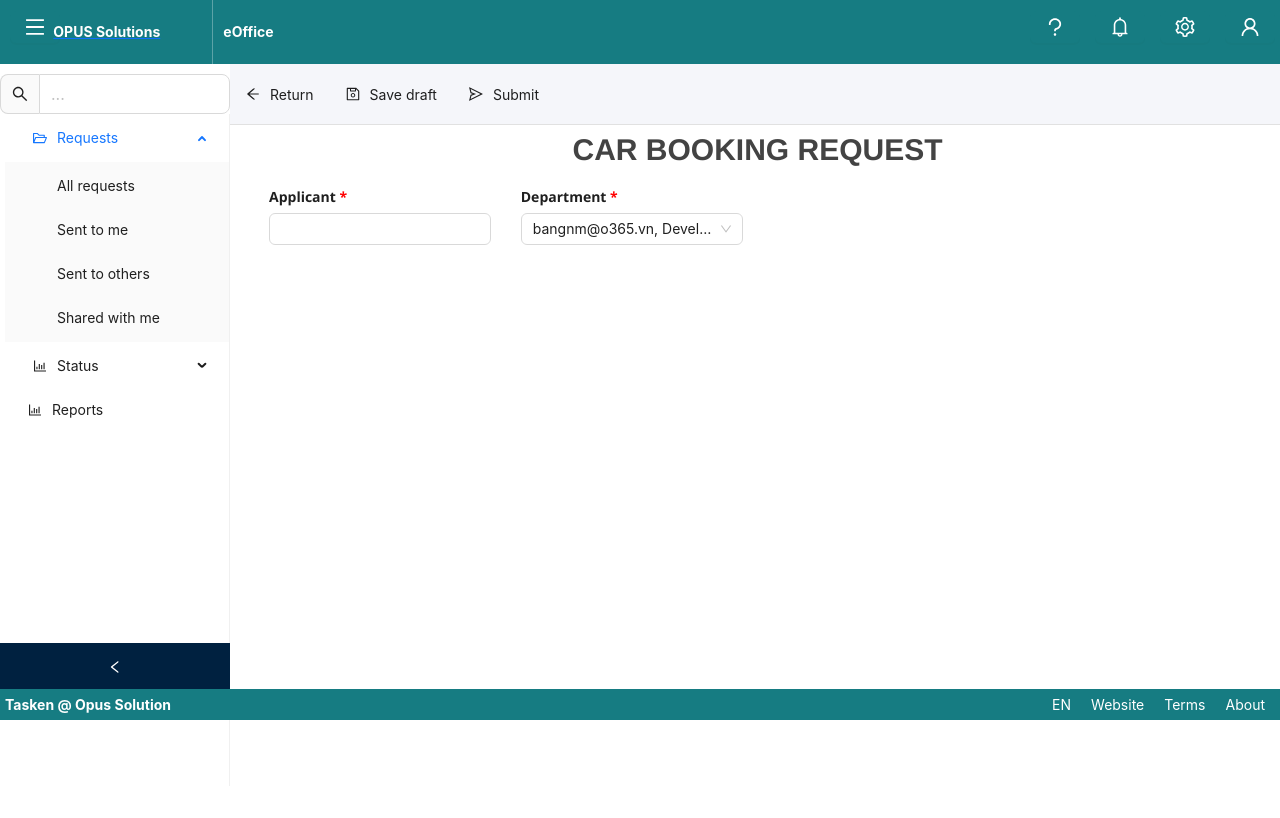
Repository: vannam272008/car-booking
Page: /request/addrequest
The author's editor kept a copy of each file at every save. The page is drawn from the files as they stood at one save, then again after the next save.
The browser window is 1280 px wide. The pictures show the whole page.
The project was rebuilt for these pictures with package versions that can differ from the ones it lists, and the page was loaded fresh each time. Also part of the build but not shown: src/Components/DetailRequest/Comments/comment.css, src/Components/DetailRequest/Comments/comment.tsx, src/Components/DetailRequest/Menu/menu.tsx, src/Components/DetailRequest/Detail/detail.tsx, src/Pages/ManageRequest/index.css, src/Pages/ManageRequest/ManageRequest.tsx. Imported but missing from the stored project, and not drawn on this page: src/Pages/Home.

Above is the page before, as saved 2023-07-06 15:43:22.

### src/index.tsx
import React from 'react';
import ReactDOM from 'react-dom/client';
import './index.css';
import App from './App';
import reportWebVitals from './reportWebVitals';
import { BrowserRouter } from 'react-router-dom';
import { Provider } from 'react-redux';
import { configureStore } from '@reduxjs/toolkit';
import requestReducer from './Reducers/requestReducer';
import { store } from './Store/store';


const root = ReactDOM.createRoot(
  document.getElementById('root') as HTMLElement
);
root.render(
  <Provider store={store}>
    <React.StrictMode>
      <BrowserRouter>
        <App />
      </BrowserRouter>
    </React.StrictMode>
  </Provider>
);

// If you want to start measuring performance in your app, pass a function
// to log results (for example: reportWebVitals(console.log))
// or send to an analytics endpoint. Learn more: https://bit.ly/CRA-vitals
reportWebVitals();

### src/App.tsx
import { Route, Routes } from 'react-router-dom';
import './App.css';
import Home from './Pages/Home';
import DetailRequest from './Components/DetailRequest/Detail/detail';
import ManageRequest from './Pages/ManageRequest/ManageRequest';
import AddRequest from './Components/AddRequest/AddRequest';


function App() {
  return (
    <Routes>
      <Route path="/" element={<Home />} />
      <Route path="/request/carbooking" element={<ManageRequest />} />
      <Route path="/request/detail" element={<DetailRequest />} />
      <Route path='/request/addrequest' element={<AddRequest />} />
      {/* <Route path="/employee/create" element={<AddEmployee />} />
        <Route path="/department/create" element={<AddDepartment />} /> */}
    </Routes>
  );
}

export default App;

### src/Store/store.ts
import requestReducer from "../Reducers/requestReducer";
import { configureStore, createStore } from "@reduxjs/toolkit";


// export const store = configureStore({
//     reduder: {
//         request: requestReducer
//     }
// });

export const store = createStore(requestReducer);

### src/Components/AddRequest/AddRequest/index.tsx
import React from 'react';
import MenuAdd from '../MenuAdd';
import RequestLayout from '../../RequestLayout';
import { Col, Input, Row, Form, Select } from 'antd';


function AddRequest(): JSX.Element {
    const profile = false;
    const { Option } = Select;


    return (
        <RequestLayout profile={profile}>
            {() => (
                <div className='page-request'>
                    <MenuAdd />
                    <div className='page-content'>
                        <div className='table-request'>
                            <h2 className='title-request'>CAR BOOKING REQUEST</h2>
                            <div className='table-content'>
                                <Form>
                                    <Row className='row-request'>
                                        <Col span={6} className='col-request'>
                                            <label>Applicant <span className='required'>*</span></label>
                                            <Form.Item
                                                name="Applicant"
                                                rules={[
                                                    {
                                                        required: true,
                                                    },
                                                ]}>
                                                <Input></Input>
                                            </Form.Item>
                                        </Col>
                                        <Col span={6} className='col-request'>
                                            <label>Department <span className='required'>*</span></label>
                                            <Form.Item
                                                name="Department"
                                                rules={[
                                                    {
                                                        required: true,
                                                        message: 'Select something!',
                                                    },
                                                ]}
                                                initialValue="1"
                                            >
                                                <Select>
                                                    <Option value="1">
                                                        bangnm@o365.vn, Developer
                                                    </Option>
                                                    <Option value="2">
                                                        bu.test5@o365.vn, Tài xế
                                                    </Option>
                                                </Select>
                                            </Form.Item>
                                        </Col>
                                    </Row>
                                </Form>
                            </div>
                        </div>
                    </div>
                </div>
            )}
        </RequestLayout>
    );
}

export default AddRequest;

### src/Reducers/requestReducer.ts
// interface RequestState {
//     requestList: string[]
// }

const initState = {
    requestList: [],
    success: true,
}

const requestReducer = (state = initState, action: { type: any; payload: any }) => {
    switch (action.type) {
        case 'SET_REQUEST_LIST':
            return {
                ...state,
                requestList: action.payload,
                success: false
            }
        default:
            return state
    }
}

export default requestReducer

### src/Components/RequestLayout/index.jsx
import React, { useState } from 'react';
import { LaptopOutlined, NotificationOutlined, UserOutlined } from '@ant-design/icons';
import { Layout, theme } from 'antd';
import AppHeader from '../../Components/AppHeader';
import AppSider from '../../Components/AppSider';
import AppFooter from '../../Components/AppFooter';

import "./RequestLayout.scss";

const { Content } = Layout;

const RequestLayout = ({ profile, children }) => {
    const {
        token: { colorBgContainer },
    } = theme.useToken();

    return (
        <div className='manage-request'>
            <AppHeader />
            <Content>
                <Layout style={{ padding: '24px 0', background: colorBgContainer }}>
                    <AppSider profile={profile} />
                    <Layout style={{ padding: '24px 0', background: colorBgContainer }}>
                        <Content style={{ padding: '0 24px', minHeight: 280 }}>
                            {children()}
                        </Content>
                    </Layout>
                </Layout>
            </Content>
            <AppFooter />
        </div>


    );
};

export default RequestLayout;

### src/Components/DetailRequest/Detail/detail.css
*{
    box-sizing: border-box;
  }
  .required {
    color: red;
  }
  .page-request{
    min-height: calc(100vh - 83px);
    transition: all 0.3s;
    background-color: #ffffff;
    font-family: "Helvetica Neue",Helvetica,Arial,sans-serif;
    font-size: 14px;
    line-height: 1.42857143;
    color: #333;
    background-color: #fff;
  }
  .page-content{
    margin-top: 85px;
    margin-right: -20px;
    padding-right: 15px;
  }
  .info-request > p{
    width: 100%;
    font-weight: 700;
  }

  /* .table-request > p{
    font-size: 1.1em;
    font-weight: 300;
    line-height: 1.7em;
    color: #130e0e;
    margin: 0 0 10px;
    display: block;
    margin-block-start: 1em;
    margin-block-end: 1em;
    margin-inline-start: 0px;
    margin-inline-end: 0px;
  } */

  .title-request{
    color: #434343;
    text-align: center;
    font-size: 30px;
    margin-top: 20px;
    margin-bottom: 20px;
    font-family: inherit;
    font-weight: 500;
    line-height: 1.1;
    font-weight: 700;

  }

  .table-content{
    font-family: "Segoe UI";
    font-size: 14px;
    line-height: 1.42857143;
  }

  /* .row1-request  {

  } */
  /* .row-request .Row .Col  {
    width: 100%;
  } */

  .col-request{
    margin-bottom: 15px;
    position: relative;
    min-height: 1px;
    padding-right: 15px;
    padding-left: 15px;
  }

  .col-request > label{
    display: inline-block;
    max-width: 100%;
    margin-bottom: 5px;
    font-weight: 700;
    cursor: default;
    font-family: "Segoe UI";
  }
  .attention-radio{
    margin-top: 30px;
    margin-bottom: 30px;
    font-family: "Segoe UI";
  }

  .attention-radio > p{
    font-size: 1.1em;
    font-weight: 300;
    line-height: 1.7em;
    color: #130e0e;
  }

  /* .Attachment > b{
    font-weight: 700;
  } */
  .approver{
    margin-bottom: 15px;
    position: relative;
    min-height: 1px;
    padding-right: 15px;
    padding-left: 15px;
  }

  .approvers > p{
    font-size: 1.1em;
    font-weight: 300;
    line-height: 1.7em;
    color: #130e0e;
    margin: 0 0 10px;
  }

  .approver > label{
    display: inline-block;
    max-width: 100%;
    margin-bottom: 5px;
    font-weight: 700;
    cursor: default;
  }

### src/Components/AddRequest/MenuAdd/index.tsx
import React from 'react';
import { Menu } from 'antd';
import {
    ArrowLeftOutlined,
    SaveOutlined,
    SendOutlined
} from '@ant-design/icons';
import './menuAdd.css'

function MenuAdd(): JSX.Element {
    return (
        <div>
            <Menu mode="horizontal" className='fixed-menu '>
                <Menu.Item key="return" icon={<ArrowLeftOutlined />}>
                    Return
                </Menu.Item>
                <Menu.Item key="savedraft" icon={<SaveOutlined />}>
                    Save draft
                </Menu.Item>
                <Menu.Item key="submit" icon={<SendOutlined />}>
                    Submit
                </Menu.Item>
            </Menu>
        </div>
    );
}

export default MenuAdd;

### src/Components/DetailRequest/Menu/menu.css
.fixed-menu {
    position: fixed;
    top: 64px;
    width: 100%;
    z-index: 999;
    border-bottom: 1px solid #e1e1e1;
    border-top-left-radius: 0;
    background-color: rgb(245,246,250);
    min-height: 61px;
    display: flex;
    align-items: center;
    flex-wrap: wrap;
    margin-left: -24px;
}

.fixed-menu .Menu.Item {
    white-space: nowrap;
    margin: 0 10px;
    color: #8894A1;
    font-weight: 500;
    text-decoration: none;
    outline: none;
    transition: all 0.3s;
    cursor: pointer;
    background-color: transparent;
}

### src/Components/AppSider/index.tsx
import React, { useState } from 'react';
import type { MenuProps } from 'antd';
import { Layout, Menu, theme, Space } from 'antd';
import { Input } from 'antd';

import { FolderOpenOutlined, BarChartOutlined, SearchOutlined, SettingOutlined } from '@ant-design/icons';
import "./AppSider.scss";



const { Sider } = Layout;

type MenuItem = Required<MenuProps>['items'][number];

function getItem(
    label: React.ReactNode,
    key: React.Key,
    icon?: React.ReactNode,
    children?: MenuItem[],
    type?: 'group',
): MenuItem {
    return {
        key,
        icon,
        children,
        label,
        type,
    } as MenuItem;
}



const AppSider = (props: any) => {

    const items: MenuProps['items'] = [
        getItem('Requests', 'requests', <FolderOpenOutlined />, [
            getItem('All requests', 'all-request'),
            getItem('Sent to me', 'sent-to-me'),
            getItem('Sent to others', 'sent-to-others'),
            getItem('Shared with me', 'shared-with-me'),
        ]),

        getItem('Status', 'status', <BarChartOutlined />, [
            getItem('Draft', 'draft'),
            getItem('Approving', 'approving'),
            getItem('Approved', 'approved'),
            getItem('Rejected', 'rejected'),
        ]),

        getItem('Reports', 'reports', <BarChartOutlined />),

    ];

    const profileItems: MenuProps['items'] = [

        getItem('Setting', 'setting', <SettingOutlined />),

    ];

    const [openItem, setOpenItem] = useState('requests');

    const handleClick: MenuProps['onClick'] = (e) => {
        console.log('click ', e);
    };
    const [collapsed, setCollapsed] = useState(false);
    const {
        token: { colorBgContainer },
    } = theme.useToken();
    return (
        <Sider collapsible collapsed={collapsed} onCollapse={(value) => setCollapsed(value)} style={{ background: colorBgContainer }} width={230}>
            <Space.Compact size="large">
                <Input addonBefore={<SearchOutlined />} placeholder="..." />
            </Space.Compact>
            <Menu
                mode="inline"
                defaultSelectedKeys={[openItem]}
                defaultOpenKeys={['requests']}
                openKeys={[openItem]}
                style={{ height: '100%' }}
                items={props.profile ? profileItems : items}
                onClick={handleClick}
                onOpenChange={(openKey) => {
                    setOpenItem(openKey[1])
                }}
            />
        </Sider>


    )
}

export default AppSider;

### src/Components/AppFooter/index.tsx
import { Layout } from 'antd';
import "./AppFooter.scss";

const { Footer } = Layout

const AppFooter = () => {
    return (
        <Footer className='mcs-footer'>
            <div>
                <span className='footer-left'><b>Tasken @ Opus Solution</b></span>
                <div className='footer-right'>
                    <span>EN</span>
                    <span>Website</span>
                    <span>Terms</span>
                    <span>About</span>
                </div>
            </div>

        </Footer>)
}

export default AppFooter;

### src/Components/AppHeader/AppHeader.scss
.mcs-header {
    position: fixed;
    z-index: 1001;
    align-items: center;
    background-color: #167c82;
    width: 100%;
    padding-inline: 0;

    & .row-header {
        align-items: center;

        & .btn-menu {
            border: none;
            background-color: #167c82;
            color: white;
            font-size: 20px;
            margin-left: 10px;
        }
    }

    & .col-logo {
        width: 100%;
        border-right: 1px solid rgba(255, 255, 255, 0.3);


        & p {
            width: 100%;
            color: white;
            display: contents;
        }
    }

    & .col-label {
        padding-left: 10px;
        width: 100%;


        & p {
            width: 100%;
            color: white;
            display: contents;
        }
    }

    & .col-function {
        & .group-btn {
            float: right;

            & .btn-item {
                font-size: 20px;
                margin-left: 5px;
                margin-right: 5px;
                border: none;
                background-color: #167c82;
                color: white;

                margin-left: 10px;
            }

        }
    }







}

.ant-dropdown {

    & .dropdown-help {
        display: block;
        right: 0;
        top: 50px;
        width: 320px;
        height: calc(100vh - 84px);
        background-color: #fff;
        border: 1px solid #c8c8c8;

        & .title-dropdown {
            border-bottom: 1px solid #ddd;
            padding-bottom: 5px;
            padding-top: 5px;

            & span {
                margin-left: 10px;
                font-size: 25px;
            }

            & .btn-close {
                font-size: 20px;
                margin-left: 5px;
                margin-right: 5px;
                border: none;
                background-color: white;
                color: black;
                float: right;
            }
        }

        & .content-dropdown {
            display: block;
            margin-top: 10px;




            & .account-info {
                & img {
                    margin-left: 10px;
                    float: left;
                    width: 64px;
                    height: 64px;
                }

                & .info-name {
                    margin-left: 10px;
                    float: left;
                    font-size: 20px;
                }

                & .info-email {
                    margin-left: 10px;
                    font-style: italic;
                }
            }

            .content-info {
                border-top: 1px solid #ddd;
                margin-top: 20px;

                & span {
                    font-size: 20px;
                    margin-left: 10px;
                }

                & p {
                    color: #4BA747;
                    margin-left: 25px;
                }
            }

            & span {
                font-size: 20px;
                margin-left: 10px;
            }

            & p {
                color: #4BA747;
                margin-left: 25px;
            }


        }




    }
}

// .logo {
//     width: 200px;
//     height: 100px;
// }

// .header {
//     background-color: #fff;
//     height: 100px;
//     line-height: 100px;
//     padding: 0;
// }

// .header-name {
//     font-family: 'Segoe UI';
//     font-size: 16px;
//     font-weight: 700;
//     color: #0273bb;
// }

// .header-homepage {
//     font-family: 'Segoe UI';
//     font-size: 16px;
//     font-weight: 700;
//     color: #0273bb;
//     float: right;
//     padding-right: 50px;
//     position: relative;
//     top: -100px;
// }

// .logo-name {
//     display: flex;
// }


/* Extra small devices (phones, 600px and down) */
@media only screen and (max-width: 600px) {
    .header-homepage {
        display: none;
    }

    .header-name {
        font-size: 10px;
    }
}

/* Small devices (portrait tablets and large phones, 600px and up) */
@media only screen and (min-width: 600px) {}

/* Medium devices (landscape tablets, 768px and up) */
@media only screen and (min-width: 768px) {}

/* Large devices (laptops/desktops, 992px and up) */
@media only screen and (min-width: 992px) {}

/* Extra large devices (large laptops and desktops, 1200px and up) */
@media only screen and (min-width: 1240px) {}

### src/Components/AppSider/AppSider.scss
.ant-layout {
        & li {
                padding-left: 5px;
        }

        & .ant-layout-sider {
                position: sticky;
                left: 0;
                margin-top: 50px;



        }

        & .ant-layout-sider-children {}

        & .ant-layout-sider-trigger {
                margin-bottom: 29px;
        }
}

### src/Components/AppFooter/AppFooter.scss
.mcs-footer {
    background-color: #167c82;
    color: #fff;
    position: fixed;
    width: 100%;
    bottom: 0;
    padding: 5px;

    & .footer-left {
        float: left;
    }

    & .footer-right {
        float: right;

        & span {
            padding-left: 10px;
            padding-right: 10px;
        }
    }
}

Loaded but not shown: public/index.html (common file); src/index.css (common file); src/reportWebVitals.ts (common file); src/App.css (common file); src/Components/AppHeader/index.tsx (200 lines, source omitted); src/Components/AddRequest/MenuAdd/menuAdd.css (no stored copy; drawn as an empty file); src/Components/RequestLayout/RequestLayout.scss (no stored copy; drawn as an empty file)

After the next save:
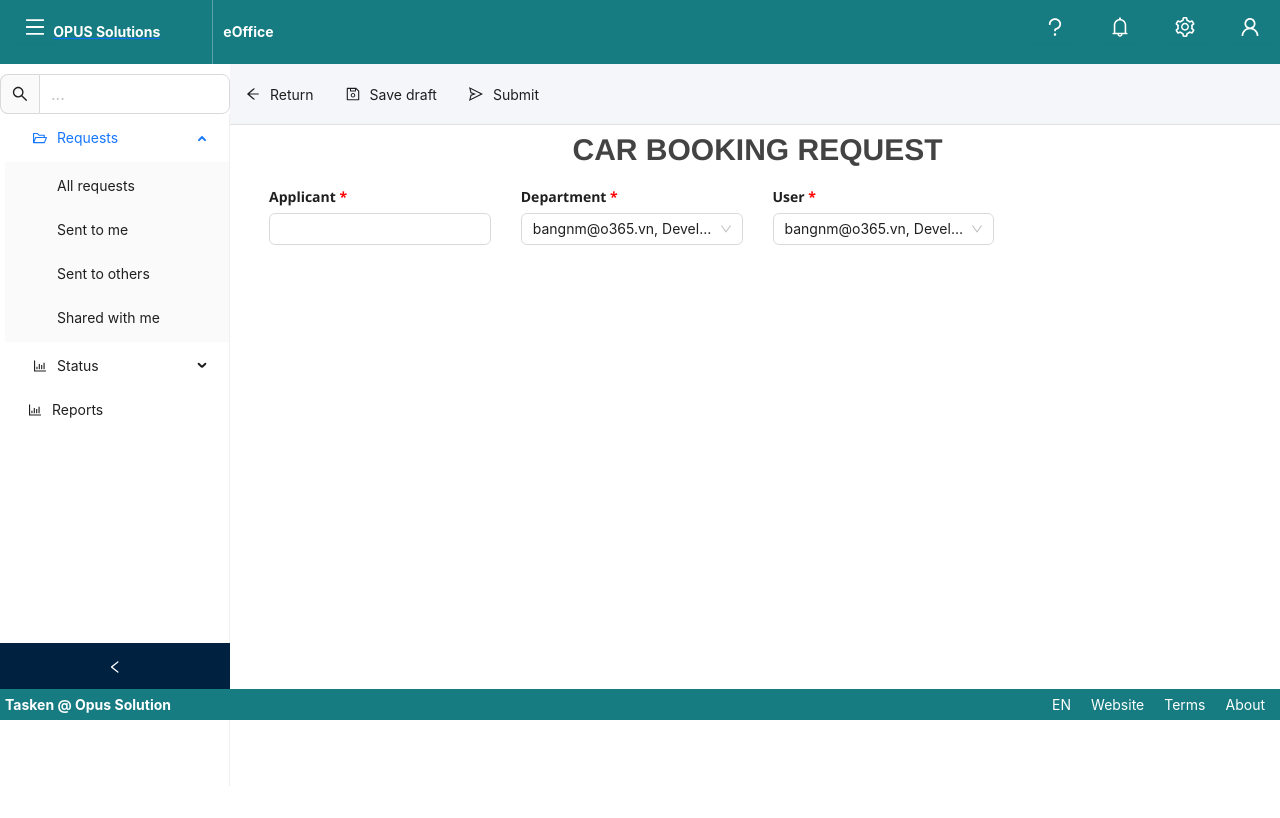
Saved 72 s later.
--- a/src/Components/AddRequest/AddRequest/index.tsx
+++ b/src/Components/AddRequest/AddRequest/index.tsx
@@ -54,6 +54,28 @@ function AddRequest(): JSX.Element {
                                                 </Select>
                                             </Form.Item>
                                         </Col>
+                                        <Col span={6} className='col-request'>
+                                            <label>User <span className='required'>*</span></label>
+                                            <Form.Item
+                                                name="User"
+                                                rules={[
+                                                    {
+                                                        required: true,
+                                                        message: 'Select something!',
+                                                    },
+                                                ]}
+                                                initialValue="1"
+                                            >
+                                                <Select>
+                                                    <Option value="1">
+                                                        bangnm@o365.vn, Developer
+                                                    </Option>
+                                                    <Option value="2">
+                                                        bu.test5@o365.vn, Tài xế
+                                                    </Option>
+                                                </Select>
+                                            </Form.Item>
+                                        </Col>
                                     </Row>
                                 </Form>
                             </div>
